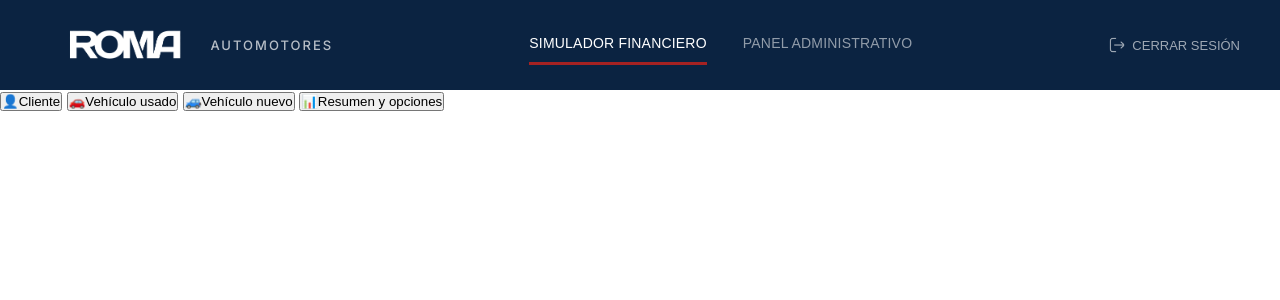
Repository: PPIII-9-012/Roma-System
Page: public/index.html
The author's editor kept a copy of each file at every save. The page is drawn from the files as they stood at one save, then again after the next save.
The browser window is 1280 px wide. The pictures show the whole page.

Above is the page before, as saved 2026-08-22 12:50:03.

After the next save:
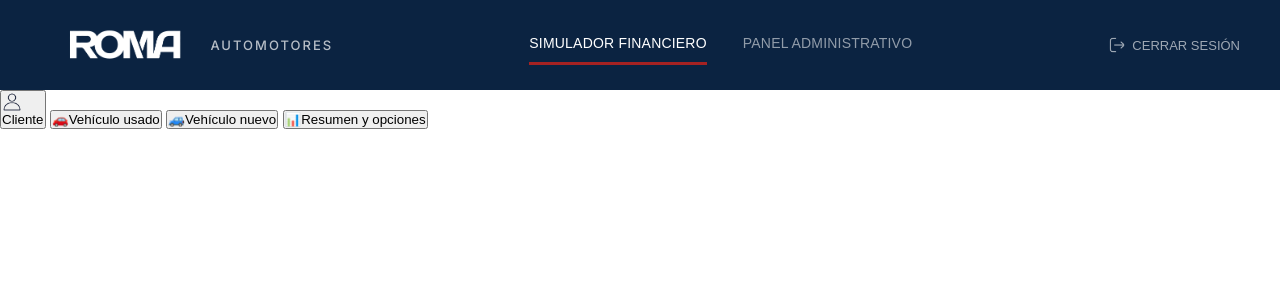
Saved 85 s later.
--- a/public/index.html
+++ b/public/index.html
@@ -100,6 +100,11 @@
             height: 18px;
             display: block;
         }
+        .cliente-logo {
+            width: auto;
+            height: 20px;
+            display: block;
+        }
         @media (max-width: 900px) {
             .navbar {
                 height: auto;
@@ -169,7 +174,7 @@
 <div class="app">
     <div class="main-col">
     <div class="progress-tabs">
-        <button class="progress-tab active" data-target="sec-cliente">👤<span>Cliente</span></button>
+        <button class="progress-tab active" data-target="sec-cliente"><img class="cliente-logo" src="cliente.png" alt=""><span>Cliente</span></button>
         <button class="progress-tab" data-target="sec-usado">🚗<span>Vehículo usado</span></button>
         <button class="progress-tab" data-target="sec-nuevo">🚙<span>Vehículo nuevo</span></button>
         <button class="progress-tab" data-target="sec-opciones">📊<span>Resumen y opciones</span></button>
